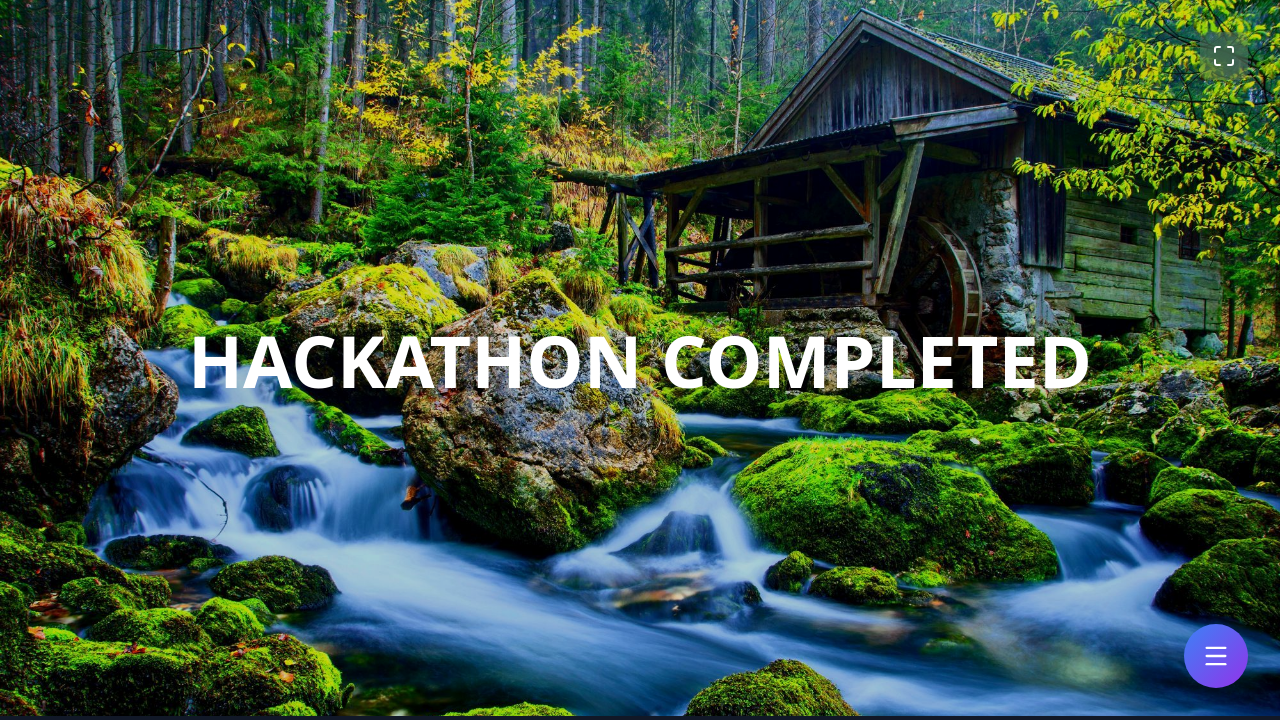
Repository: GHR-HACK/Timer
Page: /
An editor plug-in stored every save of this project. The page is shown before and after the next save, followed by the edit.
The browser window is 1280 px wide. The pictures show the whole page.
The project was rebuilt for these pictures with package versions that can differ from the ones it lists, and the page was loaded fresh each time. The framework's server and built-in components were replaced by stand-ins that run in the browser. Also part of the build but not shown: next.config.mjs, components/message-overlay.tsx.

Above is the page before, as saved 2026-02-27 15:23:15.

### app/layout.tsx
import React from "react"
import type { Metadata } from 'next'
import { Geist, Geist_Mono } from 'next/font/google'

import './globals.css'

const _geist = Geist({ subsets: ['latin'] })
const _geistMono = Geist_Mono({ subsets: ['latin'] })

export const metadata: Metadata = {
  title: 'Hackathon Live Countdown',
  description: 'Professional hackathon countdown timer',
  generator: 'v0.app',
  viewport: {
    width: 'device-width',
    initialScale: 1,
    userScalable: false,
  },
}

export default function RootLayout({
  children,
}: Readonly<{
  children: React.ReactNode
}>) {
  return (
    <html lang="en">
      <body className="font-sans antialiased bg-black overflow-hidden">{children}</body>
    </html>
  )
}

### app/page.tsx
'use client'

import { useEffect, useState } from 'react'
import CountdownDisplay from '@/components/countdown-display'
import FloatingMenu from '@/components/floating-menu'
import ProgressBar from '@/components/progress-bar'
import FullscreenButton from '@/components/fullscreen-button'
import MessageOverlay from '@/components/message-overlay'

export default function Page() {
  const [mounted, setMounted] = useState(false)
  const [isPaused, setIsPaused] = useState(false)
  const [backgroundTheme, setBackgroundTheme] = useState('default')
  const [displayMessage, setDisplayMessage] = useState<string | null>(null)

  useEffect(() => {
    setMounted(true)

    // Load saved background preference
    const saved = localStorage.getItem('hackathon-bg-theme')
    if (saved) {
      setBackgroundTheme(saved)
    }

    // Set fixed start time on first load (or update if code changed)
    // CHANGE THIS DATE AND TIME TO YOUR HACKATHON START TIME
    // Format: new Date(year, month-1, day, hour, minute, second)
    // NOTE: month is 0-indexed
    const startTimeStr = localStorage.getItem('startTime')
    const fixedStartTime = new Date(2026, 1, 24, 22, 48, 0).getTime()

    // If missing or different from the code-provided fixed start time, update storage.
    // This helps during development when you change the hardcoded start time.
    if (!startTimeStr) {
      localStorage.setItem('startTime', String(fixedStartTime))
      localStorage.setItem('totalPausedDuration', '0')
    } else {
      const stored = parseInt(startTimeStr, 10)
      if (stored !== fixedStartTime) {
        localStorage.setItem('startTime', String(fixedStartTime))
        localStorage.setItem('totalPausedDuration', '0')
      }
    }

    // Check pause state
    const paused = localStorage.getItem('isPaused')
    if (paused === 'true') {
      setIsPaused(true)
    }
  }, [])

  const handlePauseCounting = () => {
    localStorage.setItem('isPaused', 'true')
    localStorage.setItem('pauseTime', String(Date.now()))
    setIsPaused(true)
  }

  const handleResumeCounting = () => {
    const pauseTimeStr = localStorage.getItem('pauseTime')
    const totalPausedDurationStr = localStorage.getItem('totalPausedDuration')

    if (pauseTimeStr) {
      const pauseTime = parseInt(pauseTimeStr, 10)
      const pausedDuration = Date.now() - pauseTime
      const previousPausedDuration = parseInt(totalPausedDurationStr || '0', 10)
      const totalPausedDuration = previousPausedDuration + pausedDuration

      localStorage.setItem('totalPausedDuration', String(totalPausedDuration))
      localStorage.removeItem('pauseTime')
    }

    localStorage.setItem('isPaused', 'false')
    setIsPaused(false)
  }

  const handleResetBackground = () => {
    setBackgroundTheme('default')
    localStorage.setItem('hackathon-bg-theme', 'default')
    setDisplayMessage('Background Reset')
    setTimeout(() => setDisplayMessage(null), 5000)
    playNotificationSound()
  }

  const handleThemeSelect = (theme: string, message?: string) => {
    setBackgroundTheme(theme)
    localStorage.setItem('hackathon-bg-theme', theme)

    if (message) {
      setDisplayMessage(message)
      setTimeout(() => setDisplayMessage(null), 5000)
    }

    playNotificationSound()
  }

  const playNotificationSound = () => {
    try {
      const audioContext = new (window.AudioContext || (window as any).webkitAudioContext)()
      const oscillator = audioContext.createOscillator()
      const gainNode = audioContext.createGain()

      oscillator.connect(gainNode)
      gainNode.connect(audioContext.destination)

      oscillator.frequency.value = 800
      oscillator.type = 'sine'

      gainNode.gain.setValueAtTime(0.3, audioContext.currentTime)
      gainNode.gain.exponentialRampToValueAtTime(0.01, audioContext.currentTime + 0.1)

      oscillator.start(audioContext.currentTime)
      oscillator.stop(audioContext.currentTime + 0.1)
    } catch (error) {
      console.log('[v0] Audio context not available')
    }
  }

  if (!mounted) return null

  const backgroundImageUrl = getBackgroundImage(backgroundTheme)

  return (
    <main
      className="relative w-full h-screen overflow-hidden flex flex-col items-center justify-center"
      style={{
        backgroundImage: backgroundImageUrl,
        backgroundSize: 'cover',
        backgroundPosition: 'center',
        backgroundAttachment: 'fixed',
      }}
    >
      <div
        className="absolute inset-0 bg-black/40 transition-opacity duration-500"
        style={{
          opacity: backgroundTheme === 'default' ? 0.4 : 0.5,
        }}
      />

      <div className="relative z-10 w-full h-full flex flex-col items-center justify-center">
        <CountdownDisplay isPaused={isPaused} />
        <ProgressBar />
      </div>

      {displayMessage && <MessageOverlay message={displayMessage} />}

      <FloatingMenu
        onThemeSelect={handleThemeSelect}
        onPause={handlePauseCounting}
        onResume={handleResumeCounting}
        onResetBackground={handleResetBackground}
        isPaused={isPaused}
      />

      <FullscreenButton />
    </main>
  )
}

function getBackgroundImage(theme: string): string {
  const images: Record<string, string> = {
    // Local images served from the `public/bg/` folder
    // Place your image files in `public/bg/` with these names:
    // default.jpg, breakfast.jpg, lunch.jpg, hiTea.jpg, dinner.jpg, midnightSnacks.jpg, judging.jpg, announcement.jpg
    default: "url('/bg/hiTea.jpg')",
    breakfast: "url('/bg/breakfast.jpg')",
    lunch: "url('/bg/lunch.jpg')",
    hiTea: "url('/bg/hiTea.jpg')",
    dinner: "url('/bg/dinner.jpg')",
    midnightSnacks: "url('/bg/midnightSnacks.jpg')",
    judging: "url('/bg/judging.jpg')",
    announcement: "url('/bg/announcement.jpg')",
  }

  return images[theme] || images.default
}

### components/countdown-display.tsx
'use client'

import { useEffect, useState } from 'react'

interface TimeRemaining {
  hours: number
  minutes: number
  seconds: number
  totalSeconds: number
}

interface CountdownDisplayProps {
  onCountdownEnded?: () => void
  isPaused?: boolean
}

export default function CountdownDisplay({ onCountdownEnded, isPaused = false }: CountdownDisplayProps) {
  const [timeRemaining, setTimeRemaining] = useState<TimeRemaining>({
    hours: 30,
    minutes: 0,
    seconds: 0,
    totalSeconds: 108000,
  })
  const [isEnded, setIsEnded] = useState(false)
  const [hasStarted, setHasStarted] = useState(false)

  useEffect(() => {
    const updateCountdown = () => {
      const startTimeStr = localStorage.getItem('startTime')
      if (!startTimeStr) {
        return
      }

      const now = Date.now()
      const startTime = parseInt(startTimeStr, 10)

      const THIRTY_HOURS_MS = 30 * 60 * 60 * 1000
      const endTime = startTime + THIRTY_HOURS_MS

      // If current time is BEFORE start time, show countdown to start
      if (now < startTime) {
        setHasStarted(false)
        setIsEnded(false)
        const remainingToStart = Math.max(0, startTime - now)
        const totalSeconds = Math.floor(remainingToStart / 1000)
        const hours = Math.floor(totalSeconds / 3600)
        const minutes = Math.floor((totalSeconds % 3600) / 60)
        const seconds = totalSeconds % 60

        setTimeRemaining({
          hours,
          minutes,
          seconds,
          totalSeconds,
        })
        return
      }

      // Hackathon has started - now count down 30 hours from start time
      setHasStarted(true)
      setIsEnded(false)

      // Account for paused time
      let pausedDuration = 0
      const pauseTimeStr = localStorage.getItem('pauseTime')
      const totalPausedDurationStr = localStorage.getItem('totalPausedDuration')

      if (isPaused && pauseTimeStr) {
        const pauseTime = parseInt(pauseTimeStr, 10)
        const currentPausedDuration = now - pauseTime
        pausedDuration = (parseInt(totalPausedDurationStr || '0', 10)) + currentPausedDuration
      } else if (totalPausedDurationStr) {
        pausedDuration = parseInt(totalPausedDurationStr, 10)
      }

      // Calculate remaining time accounting for paused duration
      const adjustedEndTime = endTime + pausedDuration
      const remaining = Math.max(0, adjustedEndTime - now)

      if (remaining <= 0) {
        setIsEnded(true)
        setTimeRemaining({
          hours: 0,
          minutes: 0,
          seconds: 0,
          totalSeconds: 0,
        })
        onCountdownEnded?.()
        return
      }
      setIsEnded(false)

      const totalSeconds = Math.floor(remaining / 1000)
      const hours = Math.floor(totalSeconds / 3600)
      const minutes = Math.floor((totalSeconds % 3600) / 60)
      const seconds = totalSeconds % 60

      setTimeRemaining({
        hours,
        minutes,
        seconds,
        totalSeconds,
      })
    }

    // Initial update
    updateCountdown()

    // Update every second
    const intervalId = window.setInterval(updateCountdown, 1000)

    return () => window.clearInterval(intervalId)
  }, [isPaused, onCountdownEnded])

  const formatNumber = (num: number): string => {
    return String(num).padStart(2, '0')
  }

  if (isEnded) {
    return (
      <div className="text-center">
        <h1 className="text-5xl md:text-7xl font-bold text-white drop-shadow-2xl">
          HACKATHON COMPLETED
        </h1>
      </div>
    )
  }

  const startTimeStr = localStorage.getItem('startTime')
  const startTime = startTimeStr ? parseInt(startTimeStr, 10) : 0
  const now = Date.now()
  const isCountingToStart = now < startTime

  return (
    <div className="flex flex-col items-center justify-center gap-8">
      {/* Status indicator */}
      <div className="text-white text-xl md:text-2xl font-bold">
        {isCountingToStart ? 'WAITING TO START' : 'HACKATHON RUNNING'}
      </div>

      {/* Main countdown card */}
      <div className="bg-white rounded-3xl shadow-2xl p-8 md:p-12">
        <div className="flex items-center justify-center gap-6 md:gap-8">
          {/* Hours Box */}
          <div className="flex flex-col items-center gap-4">
            <div className="bg-gradient-to-br from-blue-500 to-blue-600 rounded-2xl px-8 md:px-12 py-6 md:py-8 shadow-lg">
              <div className="text-5xl md:text-7xl font-bold text-white">
                {formatNumber(timeRemaining.hours)}
              </div>
            </div>
            <p className="text-sm md:text-base font-bold text-gray-700 tracking-widest">HOURS</p>
          </div>

          {/* Separator */}
          <div className="text-4xl md:text-6xl font-bold text-blue-600 animate-pulse">:</div>

          {/* Minutes Box */}
          <div className="flex flex-col items-center gap-4">
            <div className="bg-gradient-to-br from-blue-500 to-blue-600 rounded-2xl px-8 md:px-12 py-6 md:py-8 shadow-lg">
              <div className="text-5xl md:text-7xl font-bold text-white">
                {formatNumber(timeRemaining.minutes)}
              </div>
            </div>
            <p className="text-sm md:text-base font-bold text-gray-700 tracking-widest">MINUTES</p>
          </div>

          {/* Separator */}
          <div className="text-4xl md:text-6xl font-bold text-blue-600 animate-pulse">:</div>

          {/* Seconds Box */}
          <div className="flex flex-col items-center gap-4">
            <div className="bg-gradient-to-br from-blue-500 to-blue-600 rounded-2xl px-8 md:px-12 py-6 md:py-8 shadow-lg">
              <div className="text-5xl md:text-7xl font-bold text-white">
                {formatNumber(timeRemaining.seconds)}
              </div>
            </div>
            <p className="text-sm md:text-base font-bold text-gray-700 tracking-widest">SECONDS</p>
          </div>
        </div>
      </div>

      {/* Paused indicator */}
      {isPaused && (
        <div className="text-2xl font-bold text-yellow-300 drop-shadow-lg animate-pulse">
          ⏸️ PAUSED
        </div>
      )}
    </div>
  )
}

### components/floating-menu.tsx
'use client'

import { useState } from 'react'
import { Menu, X } from 'lucide-react'

interface MenuItem {
  id: string
  label: string
  emoji: string
  message?: string
  action?: 'theme' | 'pause' | 'resume' | 'reset'
}

interface FloatingMenuProps {
  onThemeSelect: (theme: string, message: string) => void
  onPause: () => void
  onResume: () => void
  onResetBackground: () => void
  isPaused?: boolean
}

export default function FloatingMenu({
  onThemeSelect,
  onPause,
  onResume,
  onResetBackground,
  isPaused = false
}: FloatingMenuProps) {
  const [isOpen, setIsOpen] = useState(false)

  const menuItems: MenuItem[] = [
    { id: 'breakfast', label: 'Breakfast', emoji: '🍞', message: '🍞 BREAKFAST TIME', action: 'theme' },
    { id: 'lunch', label: 'Lunch', emoji: '🍽️', message: '🍽️ LUNCH TIME', action: 'theme' },
    { id: 'hiTea', label: 'Hi-Tea', emoji: '☕', message: '☕ HI-TEA TIME', action: 'theme' },
    { id: 'dinner', label: 'Dinner', emoji: '🍴', message: '🍴 DINNER TIME', action: 'theme' },
    { id: 'midnightSnacks', label: 'Midnight Snacks', emoji: '🌙', message: '🌙 MIDNIGHT SNACKS TIME', action: 'theme' },
    { id: 'judging', label: 'Judging Round', emoji: '🏆', message: '🏆 JUDGING ROUND', action: 'theme' },
    { id: 'announcement', label: 'Announcement', emoji: '📢', message: '📢 ANNOUNCEMENT', action: 'theme' },
    isPaused
      ? { id: 'resume', label: 'Resume Countdown', emoji: '▶️', action: 'resume' }
      : { id: 'pause', label: 'Pause Countdown', emoji: '⏸️', action: 'pause' },
    { id: 'reset', label: 'Reset Background', emoji: '🔄', action: 'reset' },
  ]

  const toggleMenu = () => {
    setIsOpen(!isOpen)
  }

  const handleMenuItemClick = (item: MenuItem) => {
    if (item.action === 'theme' && item.message) {
      onThemeSelect(item.id, item.message)
    } else if (item.action === 'pause') {
      onPause()
    } else if (item.action === 'resume') {
      onResume()
    } else if (item.action === 'reset') {
      onResetBackground()
    }
    setIsOpen(false)
  }

  return (
    <>
      {/* Floating Button */}
      <button
        onClick={toggleMenu}
        className="fixed bottom-8 right-8 z-40 w-16 h-16 rounded-full bg-gradient-to-br from-blue-500 to-purple-600 hover:from-blue-600 hover:to-purple-700 text-white shadow-lg transition-all duration-300 flex items-center justify-center hover:scale-110 active:scale-95"
        aria-label="Toggle menu"
      >
        {isOpen ? (
          <X size={28} />
        ) : (
          <Menu size={28} />
        )}
      </button>

      {/* Menu Items - Vertical Stack */}
      {isOpen && (
        <div className="fixed bottom-28 right-8 z-40 flex flex-col gap-3 animate-in fade-in slide-in-from-bottom-2 duration-200">
          {menuItems.map((item, index) => (
            <button
              key={item.id}
              onClick={() => handleMenuItemClick(item)}
              className="group relative flex items-center gap-3 px-5 py-3 rounded-full bg-white/10 backdrop-blur-md hover:bg-white/20 text-white transition-all duration-200 hover:scale-105 active:scale-95 min-w-max"
              style={{
                animation: isOpen ? `slideIn 0.3s ease-out ${index * 0.05}s forwards` : 'none',
                opacity: isOpen ? 1 : 0,
              }}
            >
              <span className="text-xl">{item.emoji}</span>
              <span className="font-medium text-sm md:text-base whitespace-nowrap">{item.label}</span>
            </button>
          ))}
        </div>
      )}

      <style>{`
        @keyframes slideIn {
          from {
            opacity: 0;
            transform: translateY(20px);
          }
          to {
            opacity: 1;
            transform: translateY(0);
          }
        }
      `}</style>
    </>
  )
}

### components/progress-bar.tsx
'use client'

import { useEffect, useState } from 'react'

export default function ProgressBar() {
  const [progress, setProgress] = useState(0)

  useEffect(() => {
    // Fixed timestamps - IST timezone
    const startTime = new Date('2026-02-28T11:00:00+05:30').getTime()
    const endTime = new Date('2026-03-01T17:00:00+05:30').getTime()
    const totalDuration = endTime - startTime

    const updateProgress = () => {
      const now = Date.now()
      const elapsed = Math.max(0, now - startTime)
      const percentage = Math.min(100, (elapsed / totalDuration) * 100)
      setProgress(percentage)
    }

    updateProgress()
    const interval = setInterval(updateProgress, 1000)

    return () => clearInterval(interval)
  }, [])

  return (
    <div className="fixed bottom-0 left-0 w-full h-1 bg-gray-900 z-20">
      <div
        className="h-full bg-gradient-to-r from-cyan-500 via-blue-500 to-purple-500 transition-all duration-300"
        style={{ width: `${progress}%` }}
      />
    </div>
  )
}

### components/fullscreen-button.tsx
'use client'

import { useEffect, useState } from 'react'
import { Maximize, Minimize } from 'lucide-react'

export default function FullscreenButton() {
  const [isFullscreen, setIsFullscreen] = useState(false)

  useEffect(() => {
    const handleFullscreenChange = () => {
      setIsFullscreen(!!document.fullscreenElement)
    }

    document.addEventListener('fullscreenchange', handleFullscreenChange)
    return () => document.removeEventListener('fullscreenchange', handleFullscreenChange)
  }, [])

  const toggleFullscreen = async () => {
    try {
      if (!document.fullscreenElement) {
        await document.documentElement.requestFullscreen()
        setIsFullscreen(true)
      } else {
        await document.exitFullscreen()
        setIsFullscreen(false)
      }
    } catch (error) {
      console.error('Fullscreen error:', error)
    }
  }

  return (
    <button
      onClick={toggleFullscreen}
      className="fixed top-8 right-8 z-30 p-3 rounded-lg bg-white/10 backdrop-blur-md hover:bg-white/20 text-white transition-all duration-200 hover:scale-110 active:scale-95"
      aria-label="Toggle fullscreen"
    >
      {isFullscreen ? (
        <Minimize size={24} />
      ) : (
        <Maximize size={24} />
      )}
    </button>
  )
}

Loaded but not shown: app/globals.css (common file); tailwind.config.ts (common file)

After the next save:
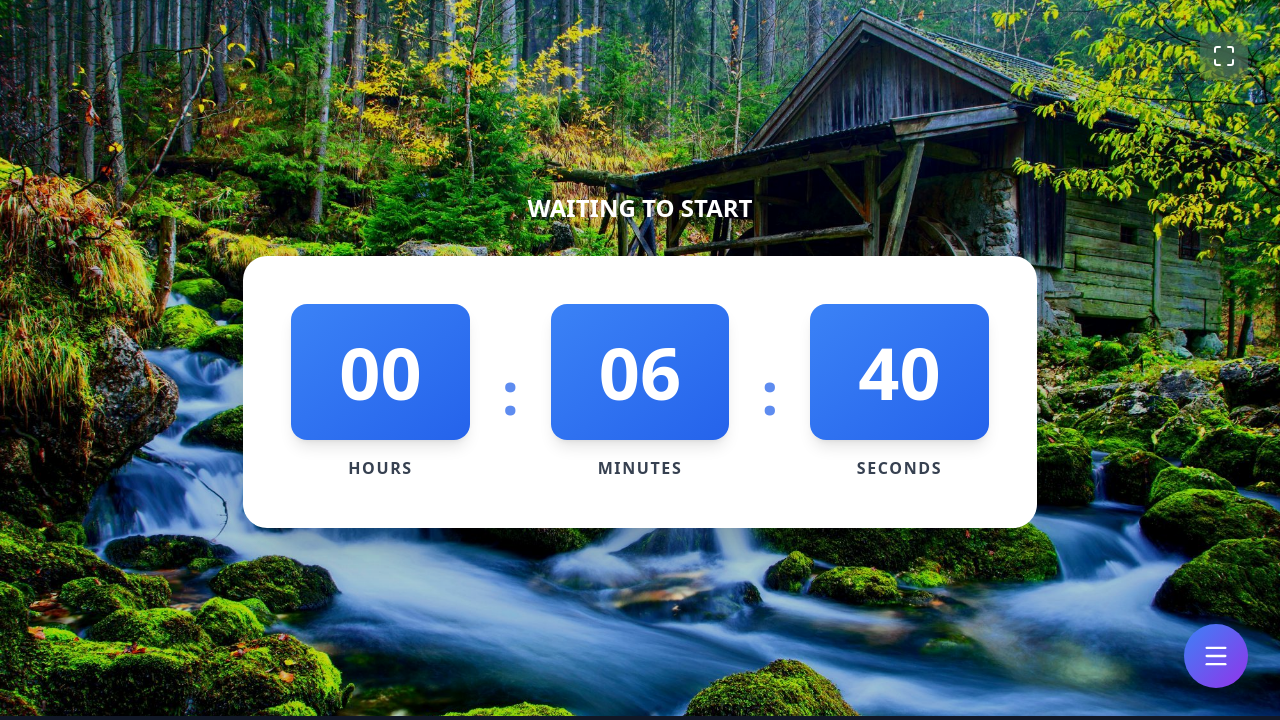
Saved 4 min 56 s later.
--- a/app/page.tsx
+++ b/app/page.tsx
@@ -27,7 +27,7 @@ export default function Page() {
     // Format: new Date(year, month-1, day, hour, minute, second)
     // NOTE: month is 0-indexed
     const startTimeStr = localStorage.getItem('startTime')
-    const fixedStartTime = new Date(2026, 1, 24, 22, 48, 0).getTime()
+    const fixedStartTime = new Date(2026, 1, 27, 15, 30, 0).getTime()
 
     // If missing or different from the code-provided fixed start time, update storage.
     // This helps during development when you change the hardcoded start time.
